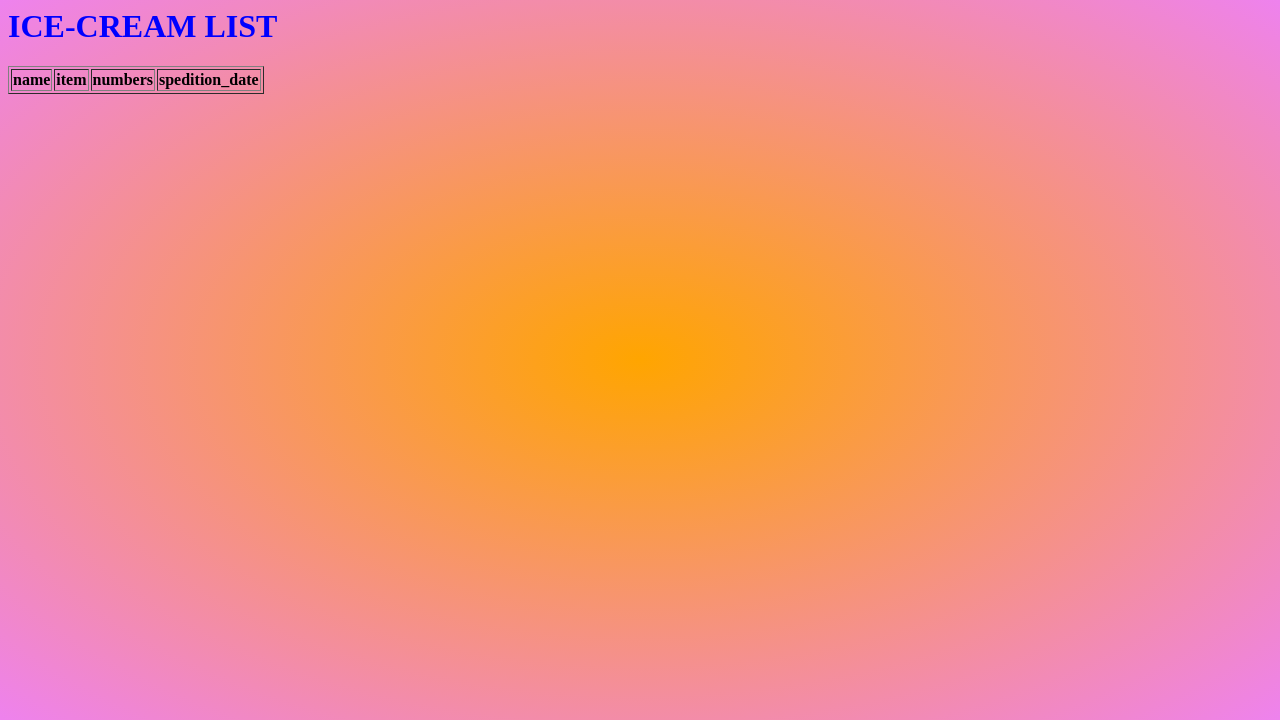
Repository: LauLupu/Progetto
Page: http://localhost/lista
An editor plug-in stored every save of this project. The page is shown before and after the next save, followed by the edit.
The browser window is 1280 px wide. The pictures show the whole page.
The page is served by the project's Laravel application, run on PHP 8.4 with Laravel 8. Other server files are loaded and not shown. Queries for data that is not in the repository find no rows.

Above is the page before, as saved 2021-08-05 18:38:09.

### routes/web.php
<?php

use Illuminate\Support\Facades\Route;
use App\Http\Controllers\inventoryController;
/*
|--------------------------------------------------------------------------
| Web Routes
|--------------------------------------------------------------------------
|
| Here is where you can register web routes for your application. These
| routes are loaded by the RouteServiceProvider within a group which
| contains the "web" middleware group. Now create something great!
|
*/

Route::get('/', function () {
    return view('welcome');
});
Route::get('lista',[inventoryController::class,'show']);

Route::get('/dashboard', function () {
    return view('dashboard');
})->middleware(['auth'])->name('dashboard');

require __DIR__.'/auth.php';

### app/Http/Controllers/inventoryController.php
<?php

namespace App\Http\Controllers;

use Illuminate\Http\Request;
use App\Models\Distributor;
class inventoryController extends Controller
{
    //
    function show() {
        $data= Distributor::all();
        return view('list',['icecreams'=>$data]);
    }
}

### app/Models/Distributor.php
<?php

namespace App\Models;

use Illuminate\Database\Eloquent\Factories\HasFactory;
use Illuminate\Database\Eloquent\Model;

class Distributor extends Model
{
    use HasFactory;
}

### resources/views/list.blade.php
<h1 style="color:blue">ICE-CREAM LIST</h1>


<table border>
    <tr>
        <th>name</th>
        <th>item</th>
        <th>numbers</th>
        <th>spedition_date</th>
    </tr>
    @foreach($icecreams as $icecream)
    <tr>
        <td>{{$icecream['name']}}</td>
        <td>{{$icecream['item']}}</td>
        <td>{{$icecream['numbers']}}</td>
        <td>{{$icecream['spedition_date']}}</td>
    </tr>
    @endforeach
</table>
<style>
    body {
        background:radial-gradient(orange,violet);
        background-size: cover;
        }
</style>

Loaded but not shown: routes/auth.php (common file); app/Http/Controllers/Controller.php (common file)

After the next save:
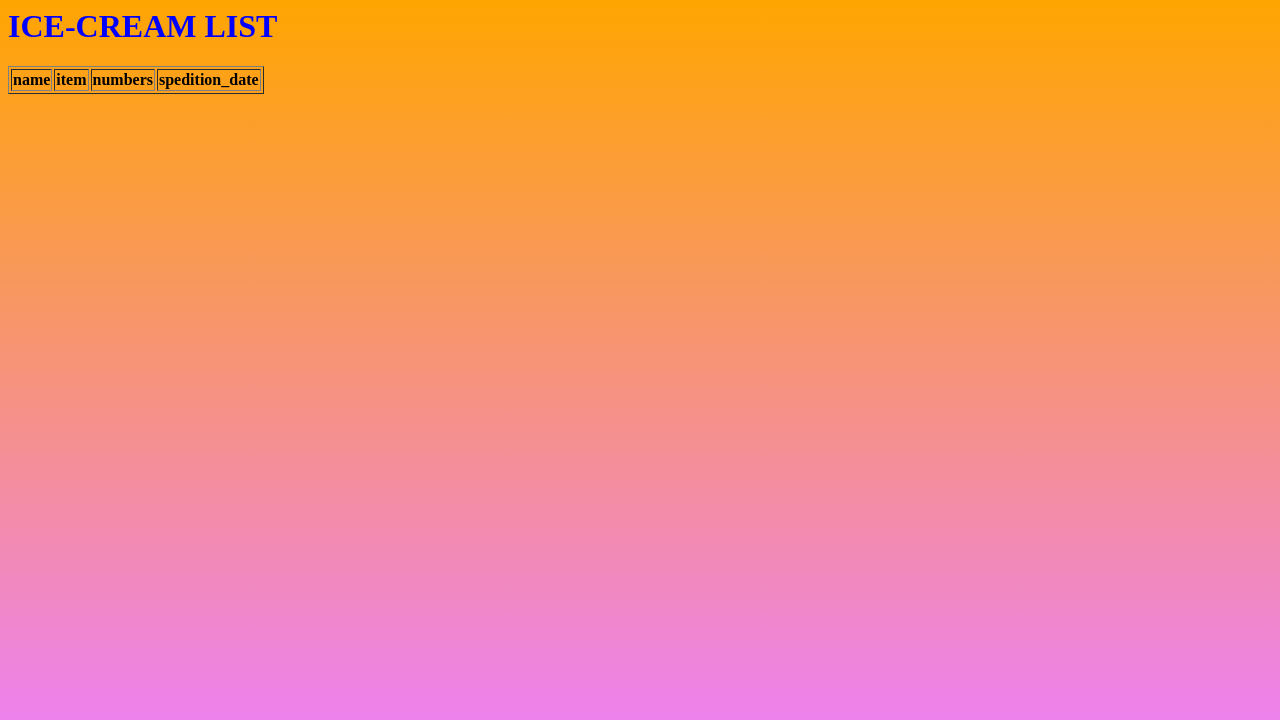
Saved 5 min 11 s later.
--- a/resources/views/list.blade.php
+++ b/resources/views/list.blade.php
@@ -19,7 +19,7 @@
 </table>
 <style>
     body {
-        background:radial-gradient(orange,violet);
+        background:linear-gradient(orange,violet);
         background-size: cover;
         }
 </style>
